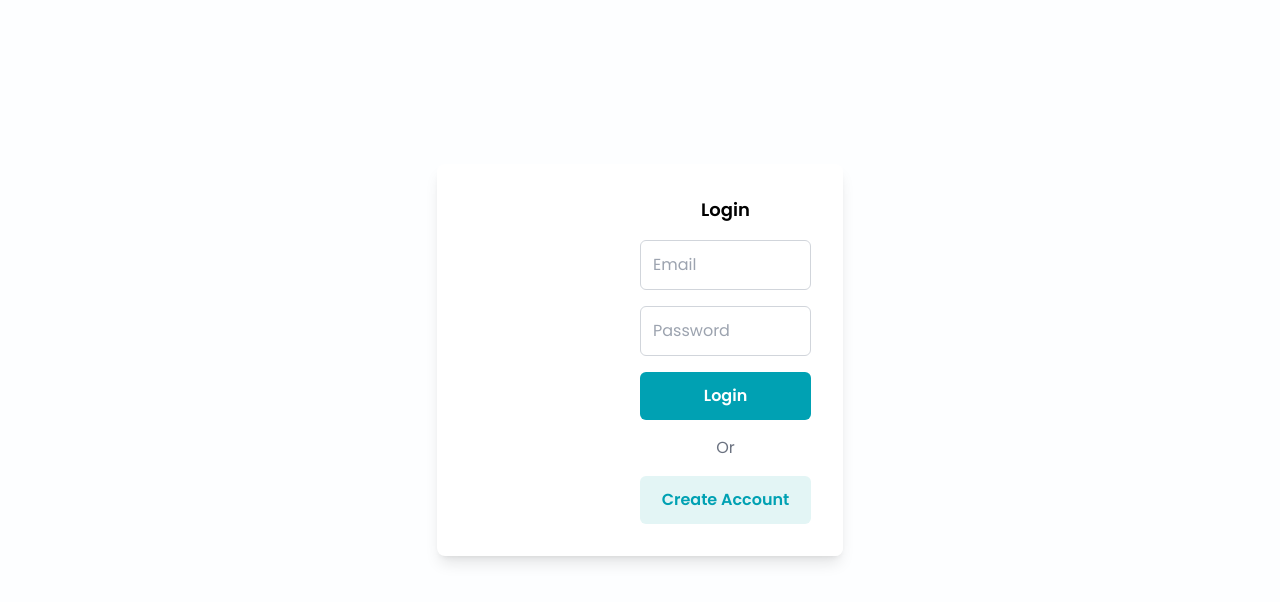
Repository: devi1262005/MERN-blogsite
Page: / (app in frontend/blog-app/)
The author's editor kept a copy of each file at every save. The page is drawn from the files as they stood at one save, then again after a run of saves.
The browser window is 1280 px wide. The pictures show the whole page.
Pictures or frames that could not be fetched are drawn as grey boxes. The project was rebuilt for these pictures with package versions that can differ from the ones it lists, and the page was loaded fresh each time. Also part of the build but not shown: frontend/blog-app/vite.config.js, frontend/blog-app/src/pages/auth/SignUp.jsx, frontend/blog-app/src/pages/home/Home.jsx.

Above is the page before, as saved 2024-11-17 13:06:35.

### frontend/blog-app/src/index.css
@import url('https://fonts.googleapis.com/css2?family=Poppins:wght@400;500;600&display=swap');

@tailwind base;
@tailwind components;
@tailwind utilities;

@layer base {
  html {
    font-family: "Poppins", sans-serif;
  }
  body {
    @apply bg-[#fdfeff] flex justify-center items-center min-h-screen;
    overflow-x: hidden;
  }
}

@layer components {
  .page-container {
    @apply flex justify-center items-center w-full h-full;
  }

  .card {
    @apply flex flex-col md:flex-row bg-white rounded-lg shadow-lg w-full max-w-4xl overflow-hidden;
    margin: 16px; /* Added margin for spacing */
  }

  .left-section {
    @apply hidden md:flex flex-1 bg-cover bg-center relative;
    background-image: url(""); /* Replace with your image */
  }

  .overlay {
    @apply absolute text-white bottom-10 left-10;
  }

  .title {
    @apply text-2xl font-bold;
  }

  .subtitle {
    @apply mt-2 text-sm;
  }

  .right-section {
    @apply flex flex-col justify-center items-center p-8 flex-1 bg-white;
  }

  .login-title {
    @apply text-lg font-semibold mb-4;
  }

  .form {
    @apply w-full max-w-sm flex flex-col;
  }

  .input {
    @apply w-full p-3 mb-4 border border-gray-300 rounded-md;
  }

  .password-container {
    @apply relative flex items-center;
  }

  .login-button {
    @apply w-full p-3 bg-[#00a1b3] text-white font-bold rounded-md cursor-pointer;
  }

  .or-text {
    @apply my-4 text-gray-500;
  }

  .create-account-button {
    @apply w-full p-3 bg-[#e3f5f5] text-[#00a1b3] font-bold rounded-md cursor-pointer;
  }

  .error-text {
    @apply text-sm text-red-500 mt-2;
  }
}

### frontend/blog-app/src/App.jsx
import { BrowserRouter as Router, Routes, Route, Navigate } from "react-router-dom";
import React from "react";
import Login from "./pages/auth/Login.jsx";
import SignUp from "./pages/auth/SignUp.jsx";
import Home from "./pages/home/Home.jsx";

const App = () => {
  return (
    <div>
      <Router>
        <Routes>
          <Route path="/dashboard" element={<Home />} />
          <Route path="/login" element={<Login />} />
          <Route path="/signUp" element={<SignUp />} />
          <Route path="/" element={<Navigate to="/login" />} /> {}
        </Routes>
      </Router>
    </div>
  );
};

export default App;

### frontend/blog-app/src/pages/auth/Login.jsx
import React, { useState } from 'react';

const Login = () => {
  const [email, setEmail] = useState('');
  const [password, setPassword] = useState('');
  const [error, setError] = useState('');

  const handleLogin = (e) => {
    e.preventDefault();
    if (!email || !password) {
      setError('Please enter a valid email and password.');
      return;
    }
    if (!/\S+@\S+\.\S+/.test(email)) {
      setError('Invalid email format.');
      return;
    }
    setError('');

    // Placeholder for login API integration
    console.log('Integrate login API here.');
  };

  return (
    <div className="page-container">
      <div className="card">
        <div className="left-section">
          <div className="overlay">
            <h1 className="title">Capture Your Journeys</h1>
            <p className="subtitle">Record your travel experiences and memories in your personal travel journal.</p>
          </div>
        </div>
        <div className="right-section">
          <h2 className="login-title">Login</h2>
          <form className="form" onSubmit={handleLogin}>
            <input
              type="email"
              placeholder="Email"
              className="input"
              value={email}
              onChange={(e) => setEmail(e.target.value)}
            />
            <div className="password-container">
              <input
                type="password"
                placeholder="Password"
                className="input"
                value={password}
                onChange={(e) => setPassword(e.target.value)}
              />
            </div>
            <button type="submit" className="login-button">Login</button>
          </form>
          {error && <p className="error-text">{error}</p>}
          <p className="or-text">Or</p>
          <button className="create-account-button">Create Account</button>
        </div>
      </div>
    </div>
  );
};

export default Login;

### frontend/blog-app/tailwind.config.js
/** @type {import('tailwindcss').Config} */
export default {
  content: [
    "./index.html",
    "./src/**/*.{js,ts,jsx,tsx}",
  ],
  theme: {
    fontFamily: {
      display: ["Poppins","sans-serif"],
    },
    extend: {
      colors:{
        primary: "#05B6D3",
        secondary: "#EF863E",
      },
    },
  },
  plugins: [],
}

Loaded but not shown: frontend/blog-app/index.html (common file); frontend/blog-app/src/main.jsx (common file)

After the next 6 saves:
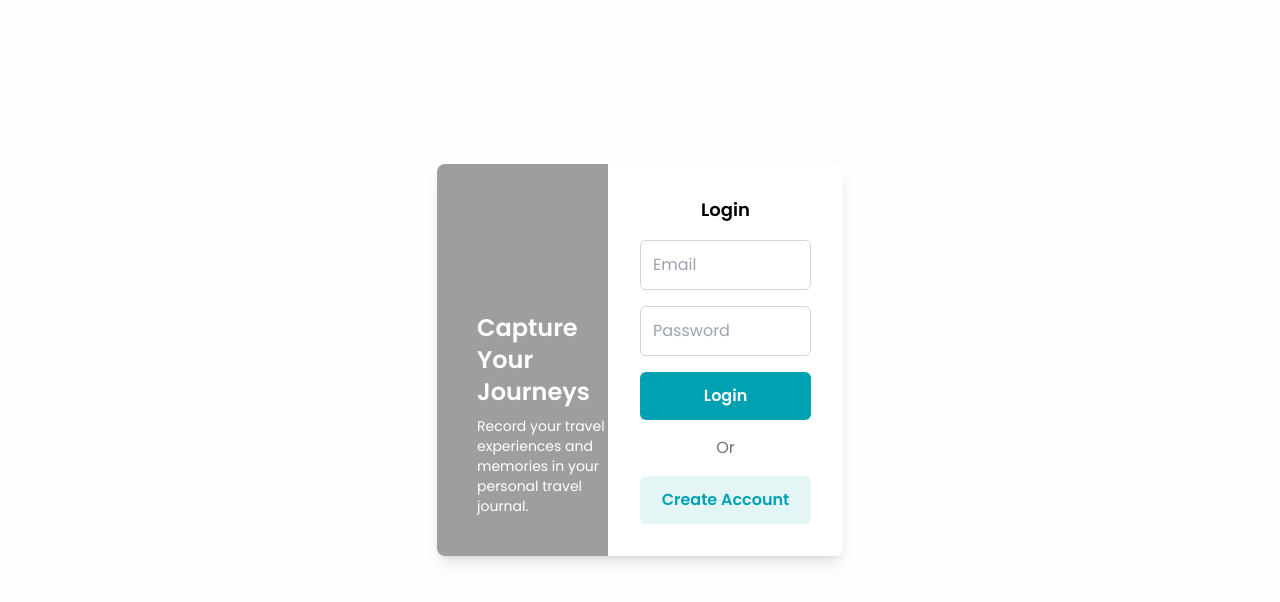
The 6 saves are shown as one change because 1 did not build or start and some came seconds apart.
The last was saved 21 s later.
--- a/frontend/blog-app/src/index.css
+++ b/frontend/blog-app/src/index.css
@@ -26,7 +26,7 @@
 
   .left-section {
     @apply hidden md:flex flex-1 bg-cover bg-center relative;
-    background-image: url(""); /* Replace with your image */
+    background-image: url("C:/Users\Acer\Pictures\Screenshots\Screenshot 2023-06-24 122644.png"); /* Replace with your image */
   }
 
   .overlay {
